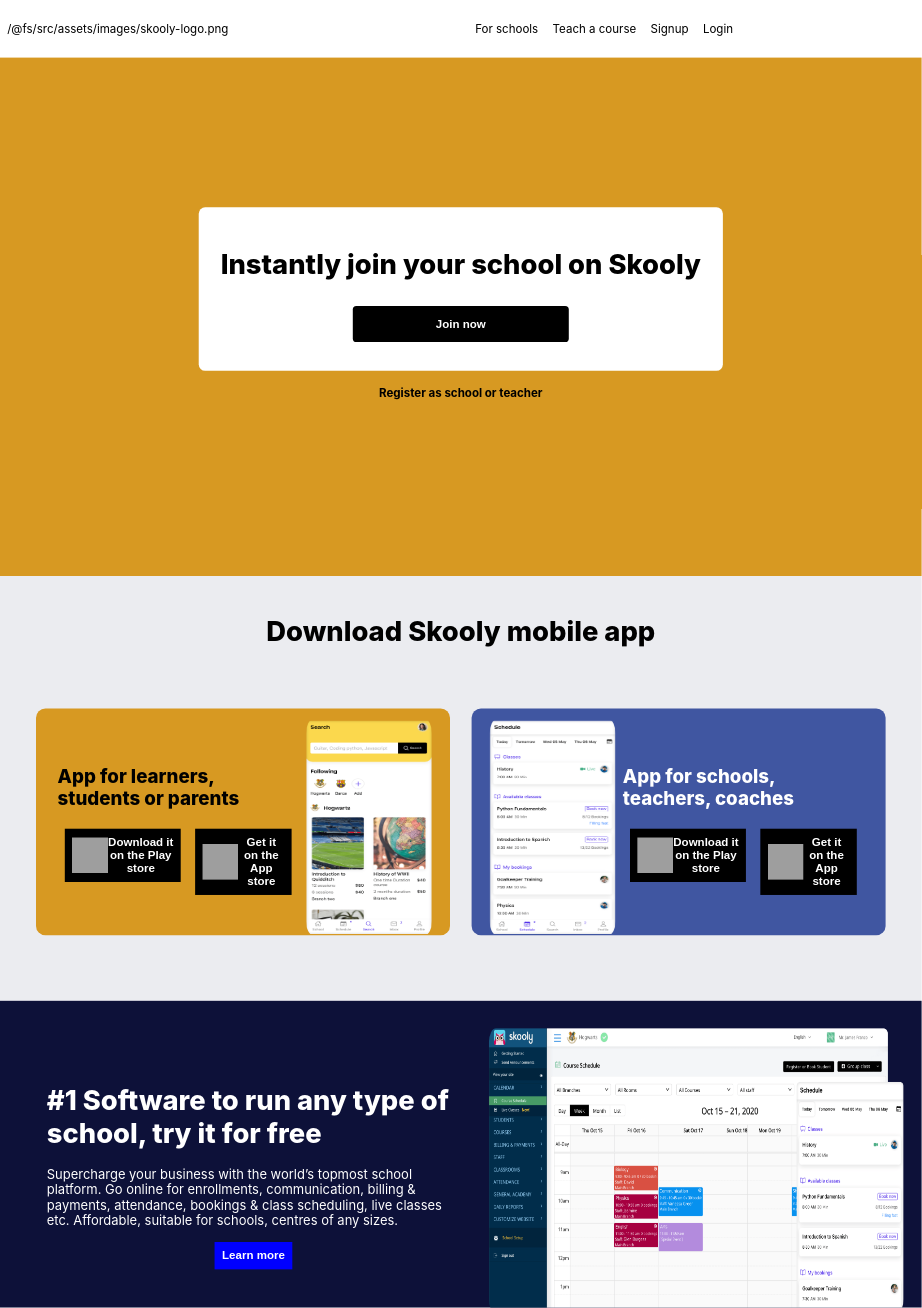
Repository: akankshaajoshi/Skooly-Clone
Page: /
An editor plug-in stored every save of this project. The page is shown before and after the next save, followed by the edit.
The browser window is 1280 px wide. The pictures show the whole page, at 72% of full size.
Pictures or frames that could not be fetched are drawn as grey boxes. The project was rebuilt for these pictures with package versions that can differ from the ones it lists, and the page was loaded fresh each time. Also part of the build but not shown: craco.config.js.

Above is the page before, as saved 2023-09-14 20:34:05.

### public/index.html
<!DOCTYPE html>
<html lang="en">
  <head>
    <meta charset="utf-8" />
    <link rel="icon" href="%PUBLIC_URL%/logo.webp" />
    <meta name="viewport" content="width=device-width, initial-scale=1" />
    <meta name="theme-color" content="#000000" />
    <meta
      name="description"
      content="Web site created using create-react-app"
    />
    <link rel="apple-touch-icon" href="%PUBLIC_URL%/logo192.png" />
    <title>Skooly - Instantly join your school, register for a course</title>
  </head>
  <body>
    <noscript>You need to enable JavaScript to run this app.</noscript>
    <div id="root"></div>
    <!--
      This HTML file is a template.
      If you open it directly in the browser, you will see an empty page.

      You can add webfonts, meta tags, or analytics to this file.
      The build step will place the bundled scripts into the <body> tag.

      To begin the development, run `npm start` or `yarn start`.
      To create a production bundle, use `npm run build` or `yarn build`.
    -->
  </body>
</html>

### src/index.js
import React from 'react';
import ReactDOM from 'react-dom/client';
import '@/styles/index.css';
import App from '@/App';

const root = ReactDOM.createRoot(document.getElementById('root'));
root.render(
  <React.StrictMode>
    <App />
  </React.StrictMode>
);

### src/App.js
import "@/styles/App.css"
import Navbar from "@/components/shared/Navbar"
import Home from "@/pages/Home"

function App() {

  return (<>
  <Navbar/>
  <Home/>
  </>
  );
}

export default App;

### src/components/shared/Navbar/index.js
import React from 'react';
import styled from 'styled-components';
import { navItems } from '@/utils/constants';
import logo from "@/assets/images/skooly-logo.png";

const Nav = styled.nav`
  display: flex;
  flex-direction: row;
  min-height: 80px;
  z-index: 10000;
  position: sticky;
`;

const NavLeft = styled.div`
  display: flex;
  align-items: center;
  flex-direction: row;
  padding: 10px;
  flex: 1;
`;

const NavRight = styled.div`
  display: flex;
  flex-direction: row;
  align-items: center;
  flex: 1;
`;

const NavComponent = styled.div`
display: flex;
align-items: center;
justify-content: center;
padding: 10px;
`;

const index = () => {
  return (
    <Nav>
      <NavLeft>{logo}</NavLeft>
      <NavRight>
        {navItems.map((item) => (
          <NavComponent>{item}</NavComponent>
        ))}
      </NavRight>
    </Nav>
  );
};

export default index;

### src/pages/Home/index.js
import React from 'react'
import {Container} from "@/components/custom/Container"
import HeroContainer from "@/containers/HeroContainer"
import DownloadContainer from "@/containers/DownloadContainer"
import ForSchoolContainer from "@/containers/ForSchoolContainer"

const index = () => {
  return (
    <Container>
    <HeroContainer/>
    <DownloadContainer/>
    <ForSchoolContainer/>
  </Container>
  )
}

export default index

### src/utils/constants.js
export const navItems = ['For schools', 'Teach a course', 'Signup', 'Login'];

export const hamburgerItems = ['Download app', 'Contact support', 'English'];

export const downloads = ['Download it on the Play store', 'Get it on the App store'];

### src/components/custom/Container/index.js
import styled from "styled-components";

export const Container = styled.div`
display: flex;
align-items: center;
flex-direction: column;
justify-content: center;
width: 100%;

@media screen and (max-width: 800px){
    display: flex;
    flex-direction: column;
    align-items: center;
}
`;

### src/containers/HeroContainer/index.js
import React from 'react'
import styled from 'styled-components'
import {colors, borderRadius, heights} from '@/assets'
import {Heading, SubSubHeading} from "@/components/base/Typography"
import {Button} from "@/components/base/Button"
import {Container} from "@/components/custom/Container"

const ContainerInner = styled.div`
display: flex;
align-items: center;
justify-content: center;
flex-direction: column;
background-color: ${colors.white};
border-radius: ${borderRadius.large};
padding: 30px 30px;
`
const containerStyle = {
    backgroundColor: `${colors.primary}`,
    height: `${heights.large}`
}

const buttonStyle = {
    width: "300px",
    height: "50px",
    backgroundColor: `${colors.black}`,
    color: `${colors.white}`,
    borderRadius: `${borderRadius.small}`,
}

const index = () => {
  return (
    <Container style={containerStyle}>
        <ContainerInner>
            <Heading>
            Instantly join your school on Skooly
            </Heading>
            <Button style={buttonStyle}>Join now</Button>
        </ContainerInner>
        <SubSubHeading>
        Register as school or teacher
        </SubSubHeading>
        </Container>
  )
}

export default index

### src/containers/DownloadContainer/index.js
import React from 'react';
import styled from 'styled-components';
import { Container } from '@/components/custom/Container';
import { heights, colors } from '@/assets';
import { Card } from '@/components/custom/Card';
import { Heading } from '@/components/base/Typography';
import { fontSizes } from '@/assets';
import { Button } from '@/components/base/Button';
import { downloads } from '@/utils/constants';
import { CardText } from '@/components/custom/CardText';
import { CardImage } from '@/components/custom/CardImage';
import { ButtonContainer } from '@/components/custom/ButtonContainer';
import imga from '@/assets/images/mobilea.png';
import imgb from '@/assets/images/mobileb.png';
import img2 from "@/assets/images/playstore.png";
import img from "@/assets/images/appstore.png";

const containerStyle = {
  backgroundColor: `${colors.quaternary}`,
  minHeight: `${heights.small}`,
  paddingBottom: "2vh"
};

const CardContainer = styled.div`
  display: flex;
  align-items: center;
  justify-content: center;
  flex-direction: row;
  margin-top: 10px;
  gap: 30px;
  padding: 50px;

  @media screen and (max-width: 800px){
    flex-direction: column;
  }
`;

const Img = styled.img`
height: 50px;
width: 50px;
`;

const index = () => {
  return (
    <Container style={containerStyle}>
      <Heading style={{ fontSize: fontSizes.xLarge }}>Download Skooly mobile app</Heading>
      <CardContainer>
        <Card style={{ backgroundColor: `${colors.primary}`, paddingLeft: "30px" }}>
          <CardText>
            <Heading style={{ fontSize: fontSizes.medium }}>App for learners, students or parents</Heading>
            <ButtonContainer>
              {downloads.map((download, ind) => (
                <Button><Img src = {ind === 1? img : img2} alt='download'/>{download}</Button>
              ))}
            </ButtonContainer>
          </CardText>
          <CardImage src={imga} />
        </Card>
        <Card style={{ backgroundColor: `${colors.secondary}` , paddingRight: "30px"}}>
          <CardImage src={imgb} />
          <CardText style={{color: `${colors.white}`}}>
            <Heading style={{ fontSize: fontSizes.medium }}>App for schools, teachers, coaches</Heading>
            <ButtonContainer>
              {downloads.map((download, ind) => (
                <Button> <Img src = {ind === 1? img : img2} alt='download'/>{download}</Button>
              ))}
            </ButtonContainer>
          </CardText>
        </Card>
      </CardContainer>
    </Container>
  );
};

export default index;

### src/containers/ForSchoolContainer/index.js
import React from 'react'
import {colors, heights} from "@/assets"
import {Container} from '@/components/custom/Container'
import {Card} from '@/components/custom/Card'
import {CardImage} from '@/components/custom/CardImage'
import {CardText} from '@/components/custom/CardText'
import workspace from '@/assets/images/workspace.png'
import {Heading, Text} from "@/components/base/Typography"
import {Button} from "@/components/base/Button"

const containerStyle = {
  backgroundColor: `${colors.tertiary}`,
  height: `${heights.xSmall}`,
  paddingTop: "30px"
};

const cardImageStyle = {
  minHeight: "55vh",
  minWidth: "45vw",
  paddingBottom: "0px",
  flex: "1"
}

const index = () => {
  return (
    <Container style={containerStyle}>
      <Card>
        <CardText style={{color: "white", flex: "1", paddingLeft: "50px", paddingRight: "30px"}}>
          <Heading>
          #1 Software to run any type of school, try it for free
          </Heading>
          <Text> Supercharge your business with the world’s topmost school platform. Go online for enrollments, communication, billing & payments, attendance, bookings & class scheduling, live classes etc. Affordable, suitable for schools, centres of any sizes. </Text>
        <Button style={{marginTop: "20px", backgroundColor: "blue"}}>Learn more</Button>
        </CardText>
        <CardImage src={workspace} style={cardImageStyle}/>
      </Card>
    </Container>
  )
}

export default index

### src/assets/index.js
const PRIMARY = "#D79922";
const SECONDARY = "#4056A1";
const TERTIARY = "#0D1139";
const QUATERNARY =  "#EBECF0";

export const colors = {
    primary: PRIMARY,
    secondary: SECONDARY,
    tertiary: TERTIARY,
    quaternary: QUATERNARY,
    white: "white",
    black: "black"
}

export const fontSizes = {
    xSmall: "16px",
    small: "18px",
    medium: "26px",
    large: "34px",
    xLarge: "38px",
    xxLarge: "44px"
}

export const borderRadius = {
    small: "5px",
    medium: "7px",
    large: "9px",
    xLarge: "13px"
}

export const heights = {
    xSmall: "55vh",
    small: "80vh",
    large: "100vh"
}

### src/components/base/Typography/index.js
import styled from "styled-components";
import {colors, fontSizes} from "@/assets"

export const Heading = styled.h1`
font-size: ${fontSizes.xLarge};
font-weight: 800;
`;

export const SubSubHeading = styled.h6`
font-size: ${fontSizes.xSmall};
margin-top: 20px;

&:hover{
    color: ${colors.tertiary};
    cursor: pointer;
}
`
export const Text = styled.div`
font-size: ${fontSizes.small};
`;

### src/components/base/Button/index.js
import styled from 'styled-components';
import { colors, fontSizes } from '@/assets';

export const Button = styled.button`
display: flex;
justify-content: center;
align-items: center;
text-decoration: none;
border: none;
padding: 10px;
margin: 10px;
font-size: ${fontSizes.xSmall};
font-weight: 600;
color: ${colors.white};
background-color: ${colors.black};

&:hover{
    cursor: pointer;
}
`;

### src/components/custom/Card/index.js
import styled from "styled-components";
import {borderRadius} from "@/assets"

export const Card = styled.div`
  display: flex;
  align-items: center;
  flex-direction: row;
  min-height: 300px;
  flex: 1;
  border-radius: ${borderRadius.xLarge};
  padding: 15px 15px 0px 15px;
  overflow: hidden;
`;

### src/components/custom/CardText/index.js
import styled from "styled-components";

export const CardText = styled.div`
  display: flex;
  flex-direction: column;
  align-items: center;
  justify-content: center;
  flex: 1;
`;

### src/components/custom/CardImage/index.js
import styled from "styled-components";
export const CardImage = styled.img`
  display: flex;
  align-self: center;
  border-radius: 20px;
  flex: 1;
  max-width: 175px;
  max-height: 300px;
  padding: 0px 10px 0px 10px;
`;

### src/components/custom/ButtonContainer/index.js
import styled from "styled-components";

export const ButtonContainer = styled.div`
  display: flex;
  align-items: flex-start;
  flex-direction: row;
  justify-content: center;
`;

Loaded but not shown: src/styles/index.css (common file); src/styles/App.css (no stored copy; drawn as an empty file)

After the next save:
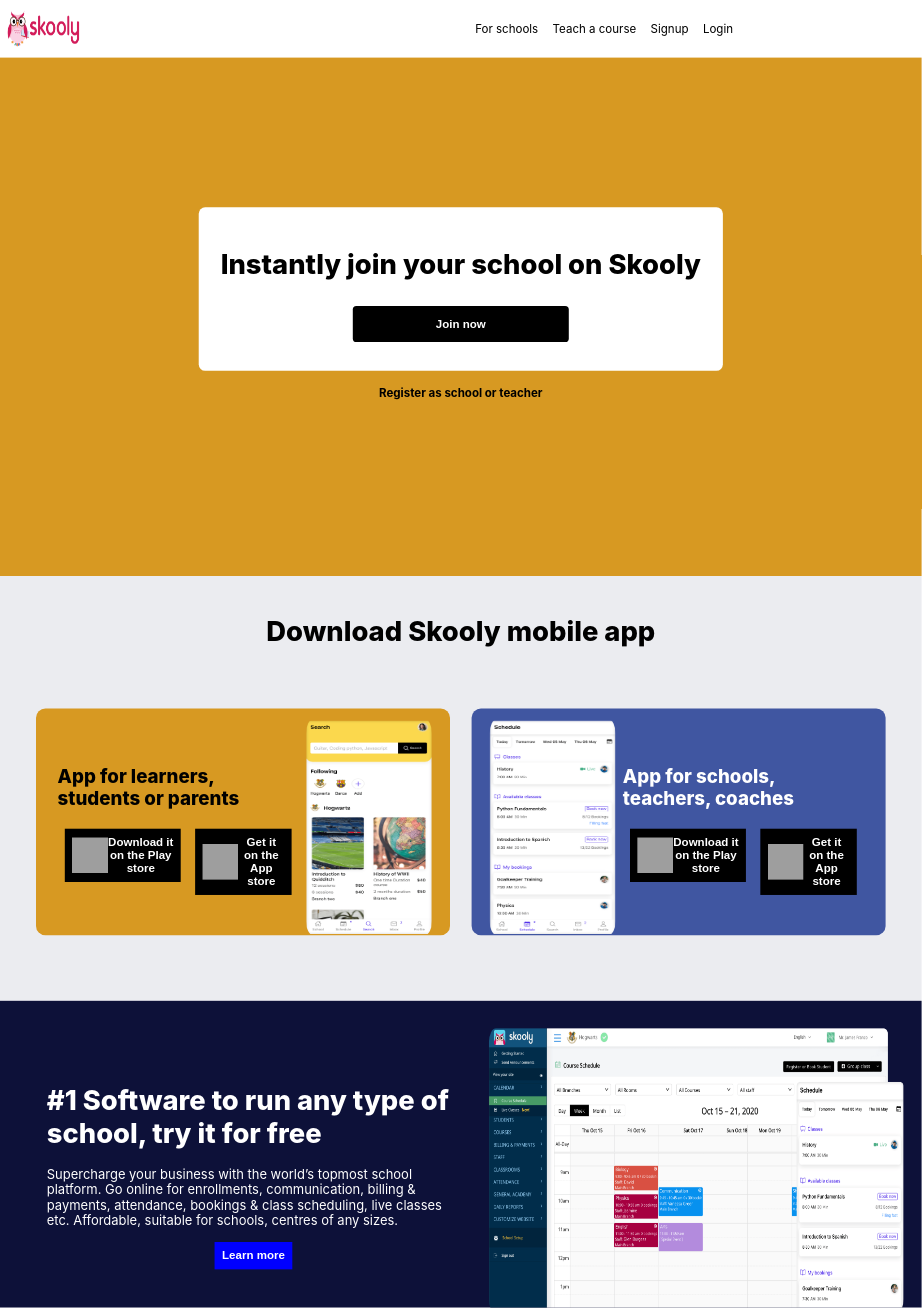
Saved 72 s later.
--- a/src/components/shared/Navbar/index.js
+++ b/src/components/shared/Navbar/index.js
@@ -33,10 +33,15 @@
 padding: 10px;
 `;
 
+const Img = styled.img`
+height: 50px;
+width: 100px;
+`;
+
 const index = () => {
   return (
     <Nav>
-      <NavLeft>{logo}</NavLeft>
+      <NavLeft><Img src={logo}/></NavLeft>
       <NavRight>
         {navItems.map((item) => (
           <NavComponent>{item}</NavComponent>
